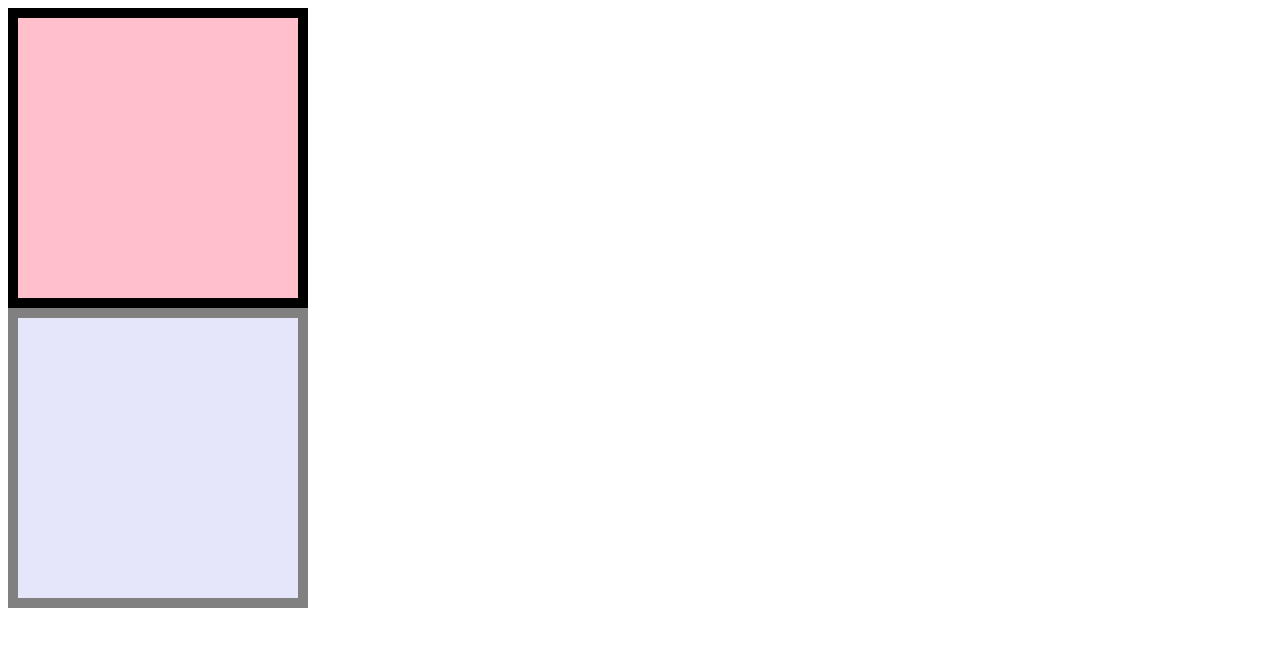
Repository: sangah-park98/jsp-class
Page: k20230508_1_css/src/main/webapp/17_박스모델7.html
The author's editor kept a copy of each file at every save. The page is drawn from the files as they stood at one save, then again after the next save.
The browser window is 1280 px wide. The pictures show the whole page.

Above is the page before, as saved 2023-05-09 02:09:33.

After the next save:
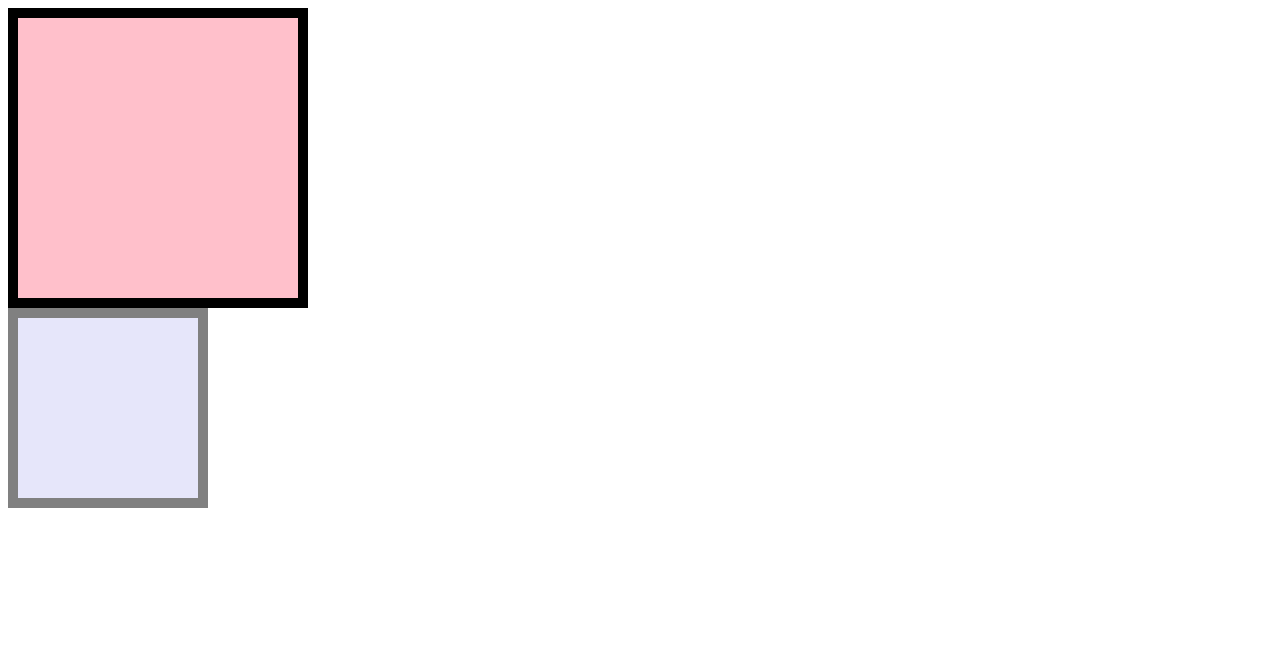
Saved 33 s later.
--- a/k20230508_1_css/src/main/webapp/17_박스모델7.html
+++ b/k20230508_1_css/src/main/webapp/17_박스모델7.html
@@ -27,7 +27,7 @@
 		background-color: lavender;
 		border: 10px solid grey;
 		padding: 40px;
-		box-sizing: content-box;
+		box-sizing: border-box;
 	}
 
 </style>
